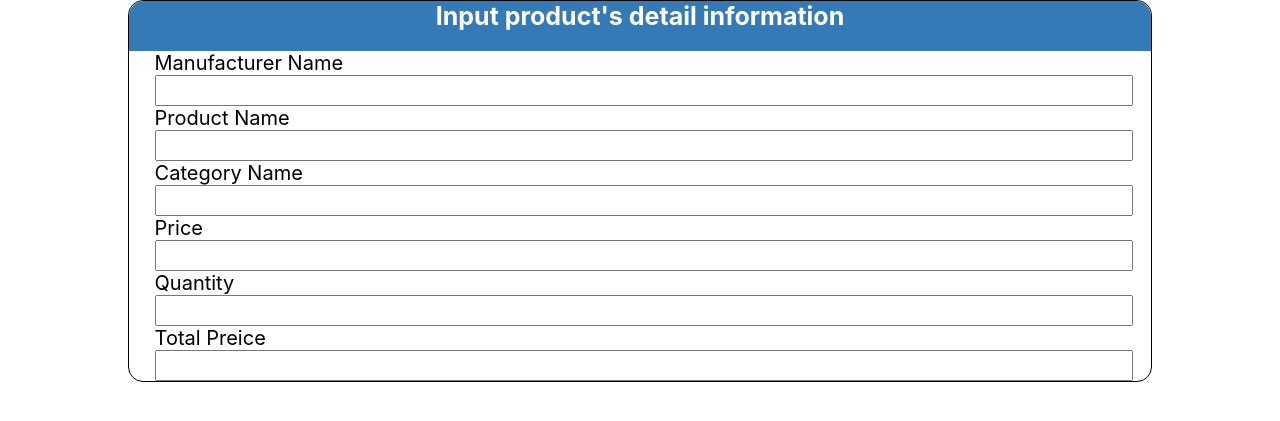
Repository: AnhDuc0125/HTML-Aptech
Page: bt2019/index.html
These files come from the project's save history. The page is drawn as it stood at one moment and after the next save; the edit follows.
The browser window is 1280 px wide. The pictures show the whole page.

Above is the page before, as saved 2021-11-29 20:39:09.

After the next save:
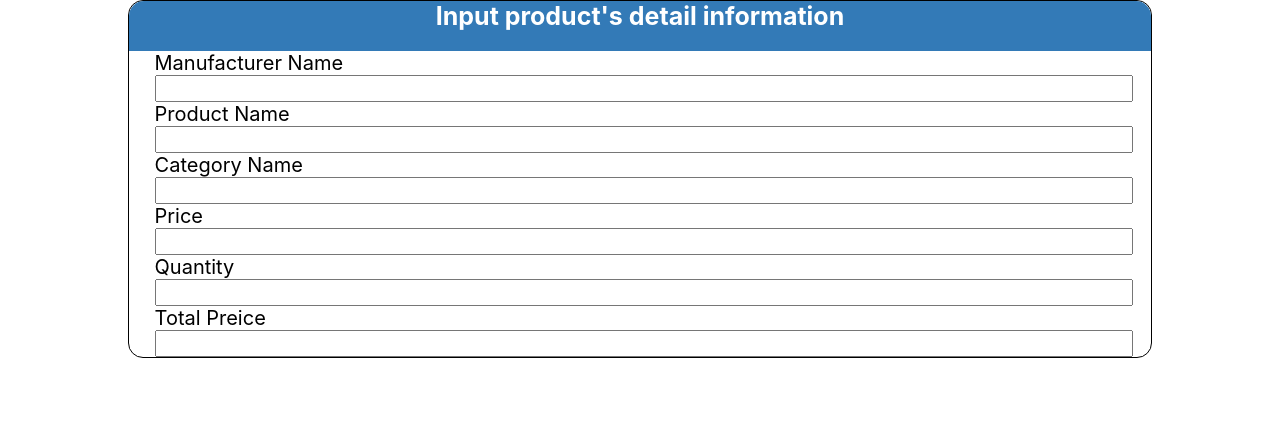
Saved 14 s later.
--- a/bt2019/style.css
+++ b/bt2019/style.css
@@ -32,5 +32,6 @@ label {
 
 input {
     width: 100%;
-    height: 25px;
+    /* height: 25px; */
+    font-size: 18px;
 }
